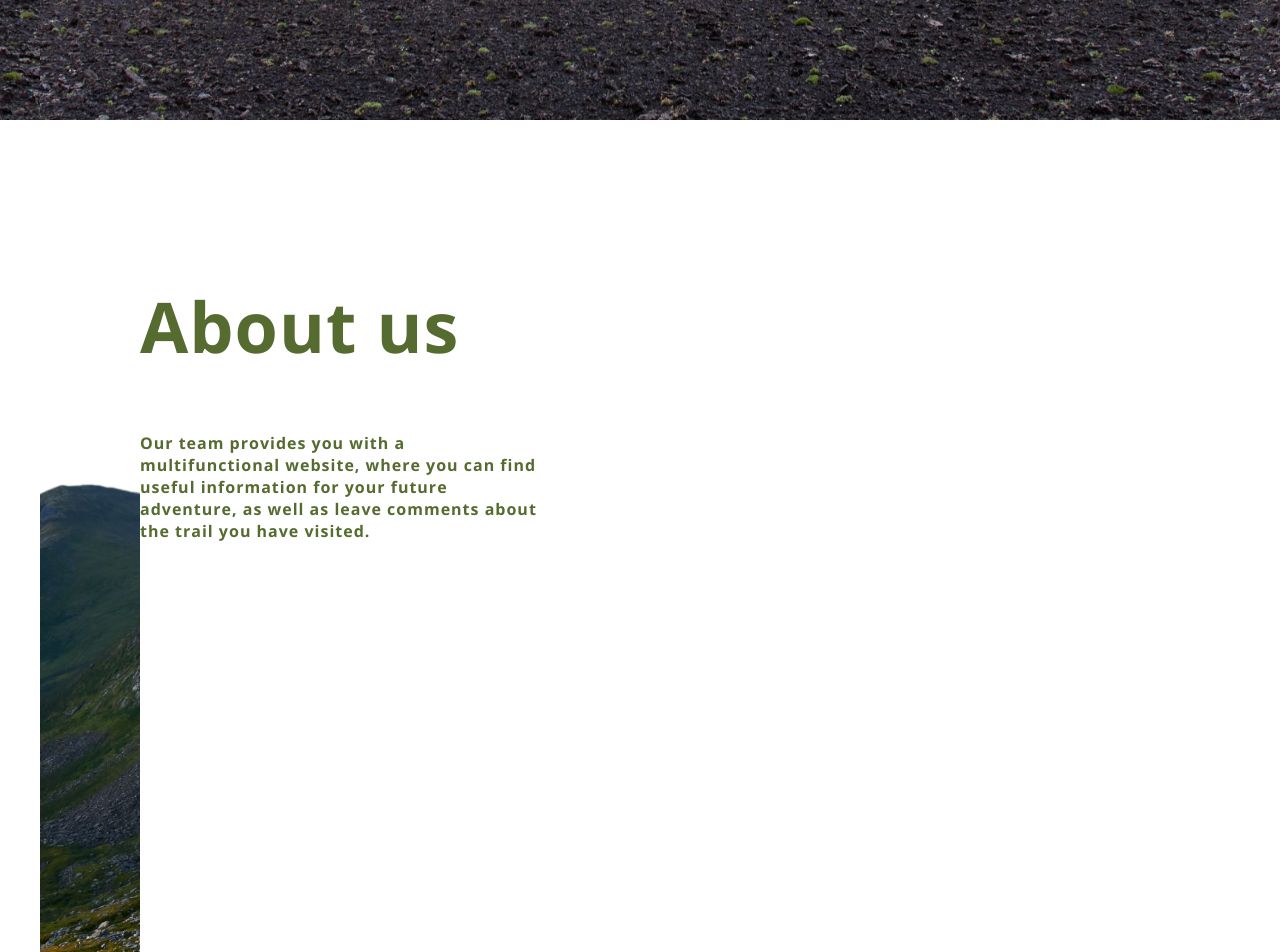
Repository: artembundin/travelrus.github.io
Page: index.html
These files come from the project's save history. The page is drawn as it stood at one moment and after a run of saves; the edit follows.
The browser window is 1280 px wide. The pictures show the part of the page from y = 2580 to 3532 px (the page is 4792 px tall).
A picture or video elsewhere on the page could not be fetched, so the positions and the page height are approximate. An inner scrolling area shows only its first screen. Backgrounds fixed to the window are drawn as part of the page. Some web fonts or font styles are not loaded; a fallback is used.

Above is the page before, as saved 2025-05-08 01:24:09.
Console error: TypeError: Cannot read properties of null (reading 'offsetTop')

### index.html
<!DOCTYPE html>
<html lang="en">
  <head>
    <meta charset="UTF-8" />
    <meta name="viewport" content="width=device-width, initial-scale=1.0" />
    <title>Document</title>
    <link rel="stylesheet" href="style.css" />
  </head>
  <body>
    <header class="header">
      <div class="container-header">
        <img src="icons/TRAIL TRIBE (3).svg" alt="" class="anim header-logo" />
        <ul class="header-list">
          <li><a class="active" href="/">HOME</a></li>
          <li><a href="/">BLOG</a></li>
          <li><a href="#inf">DISCOVER</a></li>
          <li><a href="/">ABOUT AS</a></li>
        </ul>
      </div>
    </header>
    <main class="main">
      <section class="join">
        <div class="join-container">
          <div class="text_section">
            <h2>Featured Items</h2>
            <p>
              These are some of the basic things that will be useful to you on a
              hike. See the full list on our blog.
            </p>
          </div>
          <a href="#" class="btn_list" id="newPageButton">BLOG</a>
        </div>
      </section>
      <section class="inf" id='inf'>
        <div class="inf-container">
          <h2 class="inf-caption animate-slidein">Find our most popular camps</h2>
          <div class="cards">
              <div class="cards-content">
                <a href="map.html#mapstore">
                  <img src="images/bvt.jpeg" alt="" class="img">
                </a>
                <div class="cards-text">
                  <h4 class="cards-title">The Big Valdai Trail</h4>
                  <p class="cards-sub-title">Its uniqueness lies in the change of ecological systems: spruce-fir forest, broad-leaved forest, pine forest.</p>
                </div>
              </div>
            <div class="cards-content">
              <a href="map.html#mapstore2">
                <img src="images/30.jpeg" alt="" class="img">
              </a>
              <div class="cards-text">
                <h4 class="cards-title">Through the Mountains to the Sea</h4>
                <p class="cards-sub-title">One of the oldest, most popular traveled tourist routes in the Soviet Union.</p>
              </div>
            </div>
            <div class="cards-content">
              <a href="map.html#mapstore3">
                <img src="images/btt.jpeg" alt="" class="img">
              </a>
              <div class="cards-text">
                <h4 class="cards-title">The Great Baikal Trail</h4>
                <p class="cards-sub-title">The trail will connect three national parks and three reserves.</p>
              </div>
            </div>
          </div>
        </div>
      </section>
      <section class="aboutus">
        <div class="aboutus-container">
          <div class="aboutus-image animate-slideleft"></div>
          <div class="aboutus-text animate-slideright">
            <h2 class="aboutus-title">About us</h2>
            <p class="aboutus-sub-title">Our team provides you with a multifunctional website, where you can find useful information for your future adventure, as well as leave comments about the trail you have visited.</p>
          </div>
        </div>
      </section>
      <section class="stuff-list">
      <h2 class="stuff-list-caption animate-appeir">That is useful for any hike</h2>
      <div class="item">
        <div class="stuff-list-container animate-appeir">
            <div class="stuff-item">
                    <p class="item1_title">Knife</p>
                    <img src="images/knife.svg" alt="/" id="item1">
            </div>
            <div class="stuff-item">
                    <p class="item2_title">Sleeping-bag</p>
                    <img src="images/sleepingbag.svg" alt="/" id="item2">
            </div>
            <div class="stuff-item">
                    <p class="item3_title">Tent</p>
                    <img src="images/tent.svg" alt="/" id="item3">
            </div>
          </div>
      </div>
    </section>
  </main>
  <script src="animation.js"></script>
  </body>
</html>




<!--<h2 class="stuff-list-caption">That is useful for any hike</h2>-->

### style.css
@font-face {
  font-family: 'OpenSans';
  src: url(fonts/OpenSans-Regular.woff2) format('woff2');
  font-weight: 400;
  font-style: normal;
  font-display: swap;
}
@font-face {
  font-family: 'OpenSans';
  src: url(fonts/OpenSans-Bold.woff2) format('woff2');
  font-weight: 700;
  font-style: normal;
  font-display: swap;
}


body {
  margin: 0;
  font-family: 'OpenSans';
  background-color: white;
  color: white;
  font-weight: 550;
}

ul {
  list-style: none;
  padding: 0;
  margin: 0;
}

a {
  text-decoration: none;
  color: white;
}

p {
  display: flex;
  /*animation: pfade linear both;
  animation-timeline: view();
  animation-range: entry 50% cover 50%;*/
}


h1, h2, h3, h4, h5, h6 {
  display: flex;
  /*animation: pfade linear both;
  animation-timeline: view();
  animation-range: entry 50% cover 50%;*/
}


/*@keyframes pfade {
  from {
    opacity: 0;
  }
  to {
    opacity: 1;
  }
} */

a {
  text-decoration: none;
}

/*Шапка*/

.header {
  position: relative;
  text-align: center;
  background-image: url(images/hiking3.jpeg);
  background-attachment: fixed;
  background-size: cover;
  background-position: center;
}

.container-header {
  display: flex;
  flex-direction: column;
  align-items: center;
  max-width: 1200px;
  height: 900px;
  margin-left: auto;
  margin-right: auto;
  overflow-x: hidden;
  padding: 0 15px;
}

.header-logo {
  width: 600px;
  height: 600px;
}



.header-img {
  position: absolute;
  width: 100%;
  height: auto;

  background-image: url(images/hiking3.jpeg);
  /*background-attachment: fixed;
    background-size: cover;
    background-position: center;*/
  z-index: -1;
}

.header-list {
  display: flex;
  gap: 40px;
  margin-top: -100px;
  text-decoration: underline;
  text-underline-offset: 10px;
  opacity: 0.6;
  font-weight: 600;
  font-size: 25px;
  letter-spacing: 3px;
}


/*СЕКЦИЯ 1*/

.main {
  display: inline;
}


.join {
  background-image: url('images/cloudmount.png');
  background-size: contain;
  background-repeat: no-repeat;
  animation: pfade linear both;
  animation-timeline: view();
  animation-range: entry 50% cover 50%;
}

@keyframes pfade {
  from {
    opacity: 0;
  }
  to {
    opacity: 1;
  }
}

.join-container {
  display: flex;
  max-width: 1200px;
  height: 900px;
  margin-left: auto;
  margin-right: auto;
  overflow-x: hidden;
  padding: 0 15px;
}


.text_section {
  width: 330px;
  height: 500px;
  padding: 100px;
  color: darkolivegreen;
}

.text_section p {
  letter-spacing: 1px;
}

.text_section h2 {
  font-size: 70px;
  font-weight: 700;
}

/*Кнопка*/

.btn_list {
  position: relative;
  text-align: center;
  padding: 5px 10px;
  width: 200px;
  height: 30px;
  top: 550px ;
  right: 430px;
  font-size: 20px;
  color: darkolivegreen;

  background-color: white;
  border-radius: 17px;
  box-shadow: 5px 5px 5px 3px #8a8a8a;
  cursor: pointer;
  transition: .3s;
}

.btn_list:active {
  transform: translateY(4px);
  box-shadow: 0 5px 0 darkgreen;
}


/*Конец кнопки*/



/*СЕКЦИЯ 2*/

.inf {
  background-image: url(images/holm.png);
  background-attachment: fixed;
  background-size: 1200px 900px;
  background-repeat: no-repeat;
  color: #AFD2F2;

}


.inf-caption {
  display: flex;
  justify-content: center;
  font-size: 60px;
  font-weight: 700;
  margin-top: 100px;
  margin-bottom: 200px;

  color: white;
}

@keyframes slidein {
  from {
    transform: translateX(-100%);
    opacity: 0;
  }
  to {
    transform: translateX(0);
    opacity: 1;
  }
}

.inf-caption.animate-slidein {
  animation: slidein;
  animation-duration: 2s;
  animation-timing-function: linear forwards;
  animation-iteration-count: 1;
}

.inf-container {
  max-width: 1200px;
  height: 900px;
  margin-left: auto;
  margin-right: auto;
  overflow-x: hidden;
  padding: 0 15px;
}

@keyframes fadein {
  from {
    opacity: 0;
  }
  to {
    opacity: 1;
  }
}

.cards {
  display: flex;
  justify-content: center;
  gap: 100px;
  animation: pfade linear both;
  animation-timeline: view();
  animation-range: entry 50% cover 50%;
}

.cards-content {
  display: flex;
  position: relative;
  justify-content: center;
  align-items: center;
  overflow: hidden;




  /*width: 400px;
  border-radius: 20px;
  margin-top: 200px;
  text-align: center;*/
}


.img {
  width: 400px;
  height: 300px;
  border: 3px solid #2E2C33;




  /*max-width: 100%;
  height: 350px;
  object-fit: cover;
  border-radius: 15px;*/
}

.cards-text {
  width: 200px;
  height: 200px;
  background-color: white;
  padding: 1.5rem 2rem;
  box-shadow: 0 8px 24px hsla(0, 0%, 0%, .15);
  border-radius: 1rem;
  position: absolute;
  bottom: -9rem;
  opacity: 0;
  transition: opacity 1s 1s;
}

.cards-title {
  font-size: 28px;
  font-weight: 700;
  margin-bottom: .75rem;
}



.cards-sub-title {
  font-size: 13px;
  font-weight: 400;

}

.cards-content:hover .cards-text{
  animation: show-text 1s forwards;
  opacity: 1;
  transition: opacity .3s;
}

.cards-content {
  animation-name: remove-overflow;
  animation: remove-overflow 2s forwards;

}

.cards-content:not(:hover) {
  animation: show-overflow 2s forwards;
}

.cards-content:not(:hover) .cards-text {
  animation: remove-text 1s forwards;
}

@keyframes show-text {
  50% {
    transform: translateY(-10rem);
  }
  100% {
    transform: translateY(-7rem);
  }
}

@keyframes remove-overflow {
  to {
    overflow: initial;
  }
}

@keyframes remove-text {
  0% {
    transform: translateY(-7rem);
  }
  50% {
    transform: translateY(-10rem);
  }
  100% {
    transform: translateY(.5rem);
  }
}

@keyframes show-overflow {
  0% {
    overflow: initial;
    pointer-events: none;
  }
  50% {
    overflow: hidden;
  }
}


/*СЕКЦИЯ 3 */



.aboutus {
  color: darkolivegreen;
}


.aboutus-container {
  display: flex;
  max-width: 1200px;
  height: 800px;
  margin-left: auto;
  margin-right: auto;
  overflow-x: hidden;
  margin-top: 100px;
  margin-bottom: 150px;
}


.aboutus-image {
  background-image: url(images/goraaa.png);
  background-size: cover;
  background-repeat: no-repeat;
  width: 100px;
  height: 800px;
}

/*@keyframes slideleft {
  from{
    transform: translateX(-100%);
    opacity: 0;
  }
  to {
    transform: translate(0);
    opacity: 1;
  }
}

.aboutus-image.animate-slideleft {
  animation: slideleft;
  animation-duration: 5s;
  animation-timing-function: linear forwards;
  animation-iteration-count: 1;
}*/

.aboutus-text {
  width: 400px;
  height: 300px;
  text-align: left;
  letter-spacing: 1px;
  margin-right: 150px;
}

/*.aboutus-text.animate-slideright {
  animation: none;
  animation: slideright;
  animation-duration: 4s;
  animation-timing-function: linear forwards;
  animation-iteration-count: 1;
}

@keyframes slideright {
  from {
    transform: translateX(100%);
  }
  to {
    transform: translateX(0);
  }
}*/

.aboutus-title {
  font-size: 70px;
  justify-content: left;
}



/*СЕКЦИЯ 3*/


/*.cards {
  display: flex;
  justify-content: center;
  gap: 170px;
} карточки секция */

@keyframes appeir {
  from {
    opacity: 0;
  }
  to {
    opacity: 1;
  }
}

.stuff-list-caption {
  display: flex;
  justify-content: center;
  font-size: 65px;
  font-weight: 700;
  color: darkolivegreen;

}

.stuff-list-caption.animate-appeir {
  animation: appeir;
  animation-duration: 6s;
  animation-timing-function: linear forwards;
  animation-iteration-count: 1;
}

.stuff-list-container.animate-appeir {
  display: grid;
  grid-template-columns: 0.25fr 0.25fr;
  grid-template-rows: 600px 600px;
  gap: 20px;
  max-width: 1200px;
  height: 800px;
  margin-left: auto;
  margin-right: auto;
  overflow-x: hidden;
  margin-top: 100px;


    /*animation: appeir2 ;
    animation-duration: 1s;
    animation-timing-function: ease-in forwards;
    animation-delay: 1s;
    animation-iteration-count: 1;*/

}

/*@keyframes appeir2 {
  from {
    opacity: 0;
  }
  to {
    opacity: 1;
  }
}*/

.stuff-list {
  color: white;
}


.item {
  background-image: url(/images/sumka.png);
  background-size: 1300px 800px;
  background-repeat: no-repeat;
  background-position: center;
}


#item1 {
  background-color: lemonchiffon;
  position: relative;
  left: 490px;
  top: 160px;
}



#item2 {
  background-color: lightpink;
  position: relative;
  left: 390px;
  top: 130px;
}



#item3 {
  background-color: lightsteelblue;
  position: relative;
  left: 530px;
  bottom: 230px;
}

.item1_title {
  position: relative;
  left: 490px;
  top: 160px;
  font-size: 17px;
}

.item2_title {
  position: relative;
  left: 390px;
  top: 130px;
  font-size: 17px;
}

.item3_title {
  position: relative;
  left: 530px;
  bottom: 230px;
  font-size: 17px;
}

/* В конец файла добавим медиа-запросы */

/* Для планшетов */
@media screen and (max-width: 1024px) {
  .container-header {
    height: 700px;
  }

  .header-logo {
    width: 400px;
    height: 400px;
  }

  .header-list {
    font-size: 20px;
    gap: 20px;
  }

  .join-container {
    width: 100%;
    padding: 0 20px;
  }

  .text_section {
    padding: 50px;
  }

  .text_section h2 {
    font-size: 50px;
  }

  .cards {
    flex-wrap: wrap;
    gap: 50px;
  }

  .img {
    width: 300px;
    height: 225px;
  }

  .aboutus-container {
    flex-direction: column;
    height: auto;
  }

  .aboutus-image {
    width: 100%;
    height: 500px;
  }

  .aboutus-text {
    width: 100%;
    margin: 20px;
  }
}

/* Для мобильных устройств */
@media screen and (max-width: 768px) {
  .container-header {
    height: 500px;
  }

  .header-logo {
    width: 300px;
    height: 300px;
  }

  .header-list {
    font-size: 16px;
    gap: 15px;
    flex-direction: column;
  }

  .text_section h2 {
    font-size: 40px;
  }

  .btn_list {
    right: 200px;
  }

  .inf-caption {
    font-size: 40px;
    margin: 50px 0;
  }

  .cards-content {
    width: 100%;
  }

  .img {
    width: 100%;
    max-width: 300px;
  }

  .stuff-list-container {
    grid-template-columns: 1fr;
    grid-template-rows: auto;
  }

  #item1, #item2, #item3,
  .item1_title, .item2_title, .item3_title {
    left: 50%;
    transform: translateX(-50%);
    position: relative;
    top: 0;
    bottom: 0;
  }

  .stuff-list-caption {
    font-size: 40px;
    text-align: center;
  }
}

/* Для маленьких экранов */
@media screen and (max-width: 480px) {
  .header-logo {
    width: 200px;
    height: 200px;
  }

  .text_section {
    width: 100%;
    padding: 20px;
  }

  .text_section h2 {
    font-size: 30px;
  }

  .btn_list {
    width: 150px;
    right: 100px;
  }
}

.join,
.inf,
.aboutus,
.stuff-list {
  width: 100%;
  overflow-x: hidden;
}

### animation.js
window.addEventListener('scroll', function() {
    var infCaption = document.querySelector('.inf-caption');
    var infOffsetTop = infCaption.offsetTop;
    var windowHeight = window.innerHeight;
    var scrollTop = window.scrollY;

    if (scrollTop > infOffsetTop - windowHeight) {
    infCaption.classList.add('animate-slidein');
    }
    else {
    infCaption.classList.remove('animate-slidein');
    }
});

window.addEventListener('scroll', function() {
    var aboutusSection = document.querySelector('.aboutus');
    var aboutusOffsetTop = aboutusSection.offsetTop;
    var windowHeight = window.innerHeight;
    var scrollTop = window.scrollY;

    if (scrollTop > aboutusOffsetTop - windowHeight) {
    document.querySelector('.aboutus-image').classList.add('animate-slideleft');
    document.querySelector('.aboutus-text').classList.add('animate-slideright');
    }
    else {
    document.querySelector('.aboutus-image').classList.remove('animate-slideleft');
    document.querySelector('.aboutus-text').classList.remove('animate-slideright');
    }
});


window.addEventListener('scroll', function() {
    var stuffSection = document.querySelector('.stuff-list');
    var stuffOffsetTop = stuffSection.offsetTop;
    var windowHeight = window.innerHeight;
    var scrollTop = window.scrollY;

    if (scrollTop > stuffOffsetTop - windowHeight) {
    document.querySelector('.stuff-list-caption').classList.add('animate-appeir');
    }
    else {
    document.querySelector('.stuff-list-caption').classList.remove('animate-appeir');
    }
});

document.addEventListener('scroll', function() {
    var stuffSection = document.querySelector('.stuff-list-container');
    var windowHeight = window.innerHeight;
    var stuffOffsetTop = stuffSection.offsetTop;
    var scrollTop = window.scrollY;

    if (scrollTop > stuffOffsetTop - windowHeight) {
        stuffSection.classList.add('animate-appeir');
    } else {
        stuffSection.classList.remove('animate-appeir');
    }
});

document.addEventListener('scroll', function() {
    var footer = document.querySelector('.footer');
    var windowHeight = window.innerHeight;
    var footerOffsetTop = footer.offsetTop;
    var scrollTop = window.scrollY;

    if (scrollTop > footerOffsetTop - windowHeight) {
        footer.classList.add('animate-appeir-footer');
    } else {
        footer.classList.remove('animate-appeir-footer');
    }
});

document.addEventListener('scroll', function() {
    var socialContainer = document.querySelector('.social-container');
    var windowHeight = window.innerHeight;
    var socialContainerOffsetTop = socialContainer.offsetTop;
    var scrollTop = window.scrollY;

    if (scrollTop > socialContainerOffsetTop - windowHeight) {
        socialContainer.classList.add('animate-appeir3');
    } else {
        socialContainer.classList.remove('animate-appeir3');
    }
});

const newPageButton = document.getElementById('newPageButton');

newPageButton.addEventListener('click', function() {
    window.open('blog.html');
});

After the next 6 saves:
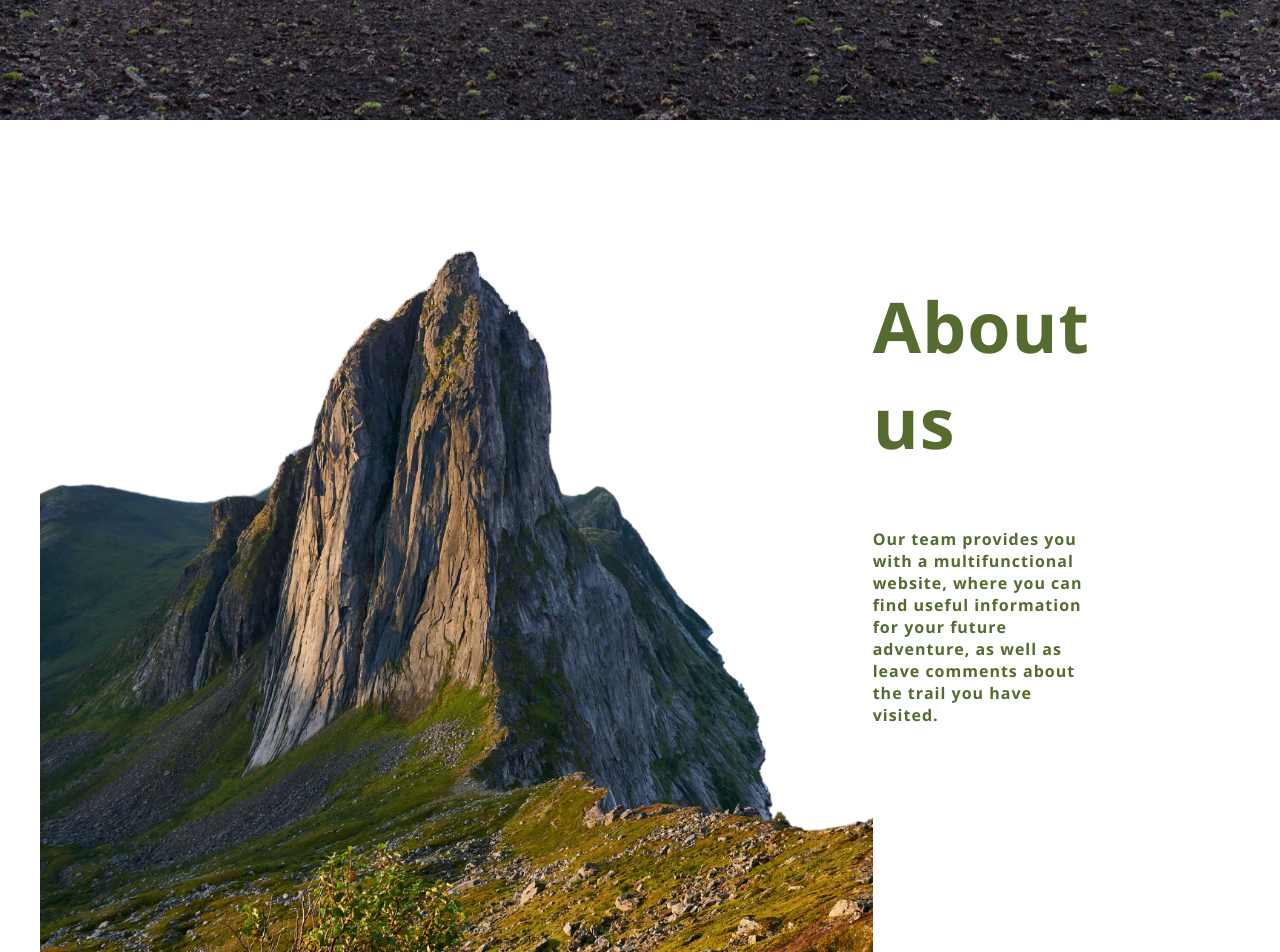
The 6 saves are shown as one change because they came seconds apart.
The last was saved 10 s later.
--- a/style.css
+++ b/style.css
@@ -408,7 +408,7 @@ a {
   background-image: url(images/goraaa.png);
   background-size: cover;
   background-repeat: no-repeat;
-  width: 100px;
+  width: 1800px;
   height: 800px;
 }
 
